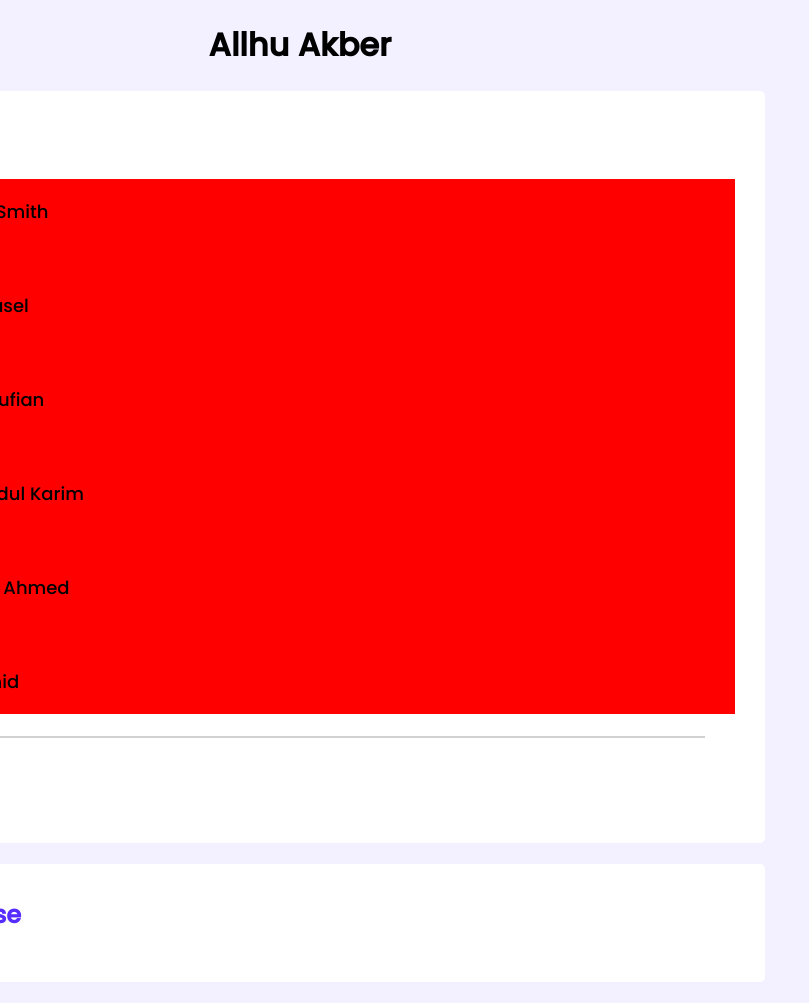
Repository: zjria/leader-board
Page: index.html
The author's editor kept a copy of each file at every save. The page is drawn from the files as they stood at one save, then again after the next save.
The browser window is 600 px wide. The page is 765 px wide, then 809 px, so the pictures cover 809 px, including what lies to the right of the window. The pictures show the whole page.
Pictures or frames that could not be fetched are drawn as grey boxes.

Above is the page before, as saved 2022-09-05 08:02:11.

### index.html
<!DOCTYPE html>
<html lang="en">

<head>
    <meta charset="UTF-8">
    <meta http-equiv="X-UA-Compatible" content="IE=edge">
    <meta name="viewport" content="width=device-width, initial-scale=1.0">
    <title>leader-board</title>
    <!-- Font awesome -->
    <link rel="stylesheet" href="https://cdnjs.cloudflare.com/ajax/libs/font-awesome/6.2.0/css/all.min.css"
        integrity="sha512-xh6O/CkQoPOWDdYTDqeRdPCVd1SpvCA9XXcUnZS2FmJNp1coAFzvtCN9BmamE+4aHK8yyUHUSCcJHgXloTyT2A=="
        crossorigin="anonymous" referrerpolicy="no-referrer" />
    <!-- Custom CSS -->
    <link rel="stylesheet" href="/style/style.css">
</head>

<body>
    <h1>Allhu Akber</h1>
    <!-- Header Section -->
    <header>

    </header>
    <!-- Main Section -->
    <main>
        <section class="container">
            <div class="top-players">
                <h2 class="section-title">Top Player</h2>
                <div class="players">
                    <div class="player">
                        <img src="images/players/player-1.png" alt="">
                        <h3 class="name-title">John Smith</h3>
                    </div>
                    <div class="player">
                        <img src="images/players/player-2.png" alt="">
                        <h3 class="name-title">Pro Rasel</h3>
                    </div>
                    <div class="player">
                        <img src="images/players/player-3.png" alt="">
                        <h3 class="name-title">Abu Sufian</h3>
                    </div>
                    <div class="player">
                        <img src="images/players/player-4.png" alt="">
                        <h3 class="name-title">Shajedul Karim</h3>
                    </div>
                    <div class="player">
                        <img src="images/players/player-5.png" alt="">
                        <h3 class="name-title">Maruf Ahmed</h3>
                    </div>
                    <div class="player">
                        <img src="images/players/player-6.png" alt="">
                        <h3 class="name-title">Mujahid</h3>
                    </div>
                </div>
            </div>
            <hr class="horigantal-line">

            <!-- Blog information -->
            <div class="blog-information">
                <h2 class="section-title">Top Blog</h2>
                <div class="blogs-details">
                    <article class="blogs">
                        <div class="blog-thimble">
                            <img src="images/blogs/blog-1.png" alt="">
                        </div>
                        <div class="blog-contain">
                            <h2>13 of My Favorite <br> UI/UX Goodies</h2>
                            <p class="blog-auther">By <a href="">Danny Sapio</a></p>
                        </div>
                    </article>
                    <article class="blogs">
                        <div class="blog-thimble">
                            <img src="images/blogs/blog-2.png" alt="">
                        </div>
                        <div class="blog-contain">
                            <h2>UI cheat sheet: <br>
                                list vs grids</h2>
                            <p class="blog-auther">By <a href="">Tess Gadd</a></p>
                        </div>
                    </article>
                    <article class="blogs">
                        <div class="blog-thimble">
                            <img src="images/blogs/blog-3.png" alt="">
                        </div>
                        <div class="blog-contain">
                            <h2>7 typography tips <br>
                                for interface design</h2>
                            <p class="blog-auther">By <a href=""> Jeremiah Lam</a></p>
                        </div>
                    </article>
                    <article class="blogs">
                        <div class="blog-thimble">
                            <img src="images/blogs/blog-4.png" alt="">
                        </div>
                        <div class="blog-contain">
                            <h2>Your logo is <br>
                                copied</h2>
                            <p class="blog-auther">By <a href=""> Ferdinand Vogler</a></p>
                        </div>
                    </article>
                </div>
            </div>
        </section>
        <!-- Lates Course -->
        <section class="container">
            <h2 class="section-title">Lates Course</h2>
            <div class="course-all-info">
                <div class="course-details">
                    <div class="course-thumble">
                        <img src="images/courses/course-1.png" alt="">
                    </div>
                    <div class="course-title">
                        <h3>React - The Complete Guide 2022</h3>
                        <p>Reed Krakoff.</p>
                    </div>
                    <div class="course-info">
                        <div class="star-icon">
                            <i class="fa-solid fa-star field"></i>
                            <i class="fa-solid fa-star field"></i>
                            <i class="fa-solid fa-star field"></i>
                            <i class="fa-solid fa-star field"></i>
                            <i class="fa-solid fa-star not-field"></i>
                            <span>4.5</span>
                        </div>
                        <div class="time-duration">
                            <i class="fa-regular fa-clock"></i> 01.30hr
                        </div>
                    </div>
                </div>
                <div class="course-details">
                    <div class="course-thumble">
                        <img src="images/courses/course-2.png" alt="">
                    </div>
                    <div class="course-title">
                        <h3>Powerpoint 2020 Master Powerpoint Cour.</h3>
                        <p>Walter Scott</p>
                    </div>
                    <div class="course-info">
                        <div class="star-icon">
                            <i class="fa-solid fa-star field"></i>
                            <i class="fa-solid fa-star field"></i>
                            <i class="fa-solid fa-star field"></i>
                            <i class="fa-solid fa-star field"></i>
                            <i class="fa-solid fa-star not-field"></i>
                            <span>4.3</span>
                        </div>
                        <div class="time-duration">
                            <i class="fa-regular fa-clock"></i> 01.40hr
                        </div>
                    </div>
                </div>
                <div class="course-details">
                    <div class="course-thumble">
                        <img src="images/courses/course-3.png" alt="">
                    </div>
                    <div class="course-title">
                        <h3>The Complete JavaScript Course 2020</h3>
                        <p>Reed Krakoff.</p>
                    </div>
                    <div class="course-info">
                        <div class="star-icon">
                            <i class="fa-solid fa-star field"></i>
                            <i class="fa-solid fa-star field"></i>
                            <i class="fa-solid fa-star field"></i>
                            <i class="fa-solid fa-star field"></i>
                            <i class="fa-solid fa-star not-field"></i>
                            <span>4.5</span>
                        </div>
                        <div class="time-duration">
                            <i class="fa-regular fa-clock"></i> 02.20hr
                        </div>
                    </div>
                </div>
            </div>
        </section>
    </main>
</body>

</html>

### style/style.css
/* Google Fonts */
@import url('https://fonts.googleapis.com/css2?family=Poppins:wght@500&family=Roboto:wght@100;300;400;500;700;900&display=swap');

h1 {
    display: flex;
    justify-content: center;
}

/* Commant CSS Utilitis */
body {
    border: 0px;
    margin: 0px;
    font-family: 'Poppins', sans-serif;
    /* font-family: 'Roboto', sans-serif; */
    background-color: #F3F1FF;
}

/* Top Players Section */
main {
    display: flex;
    align-items: center;
    flex-direction: column;
}

.section-title {
    color: #562EFF;
    font-size: 24px;
}

.container {
    background-color: #FFFFFF;
    width: 870px;
    padding: 30px;
    margin-bottom: 21px;
    border-radius: 5px;
}

.top-players {
    /* padding: 30px; */
    margin-bottom: 22px;
}

h2.section-title {
    margin-top: 3px;
}

.players {
    display: grid;
    grid-template-columns: repeat(3, 1fr);
    grid-row-gap: 29px;
}

.player {
    display: flex;
    align-items: center;
}

.player img {
    width: 65px;
    height: 65px;
}

.name-title {
    margin-left: 16px;
    font-size: 18px;
    font-weight: normal;
}

.horigantal-line {
    border: 1px solid #D1D1D1;
    width: 807px;
    margin-bottom: 20px;
}

/* ------------------ blogs details information-------------- */
.blogs-details {
    display: grid;
    grid-template-columns: repeat(2, 1fr);
    grid-row-gap: 26px;
}

.blogs {
    display: flex;
}

.blogs .blog-thimble img {
    width: 177px;
    height: 117px;
    margin-right: 16px;
}

.blog-contain h2 {
    font-size: 20px;
    margin: 0;
}

.blog-contain .blog-auther {
    color: #9F9F9F;
    font-size: 16px;
}

.blog-contain .blog-auther a {
    color: #562EFF;
    font-size: 16px;
    text-decoration: none;
}

.blog-contain p {
    margin-top: 6px;
}

/* -------------------- course-info --------------- */
.course-all-info {
    display: grid;
    grid-template-columns: repeat(3, 1fr);
    grid-column-gap: 24px;
}

.course-details {
    width: 252px;
    box-shadow: 0px 5.34229px 13.3557px rgba(0, 0, 0, 0.05);
    border-radius: 5px;
    padding: 10px;
}

.course-thumble {
    justify-content: center;
    margin: 0 auto;
    align-items: center;
    text-align: center;
}

.course-thumble img {
    width: 224px;
    height: 104px;

}

.course-title h3 {
    font-size: 20px;
    color: #1E1E1E;
}

.course-title p {
    font-size: 16px;
    color: #ED6B4F;
}

.course-info {
    display: flex;
    align-items: center;
    justify-content: space-between;
}

.course-info .star-icon {
    font-size: 12px;

}

.course-info .rating {
    font-size: 14px;
    color: #A2A2A2;
    margin-left: 10px;

}

.course-info .star-icon .fa-star.field {
    color: #FFC014;
}

.course-info .star-icon .fa-star.not-field {
    color: #AEAEAE;
    opacity: 0.25;
}

/* ---------------
Media Queary
-------------- */
/* Mobile Devaice */
@media screen and (max-width: 688px) {
    .players {
        background-color: red;
        grid-template-columns: repeat(1, 1fr);
    }

    .blogs-details {
        display: none;
    }

    .course-all-info {
        display: none;
    }
}

After the next save:
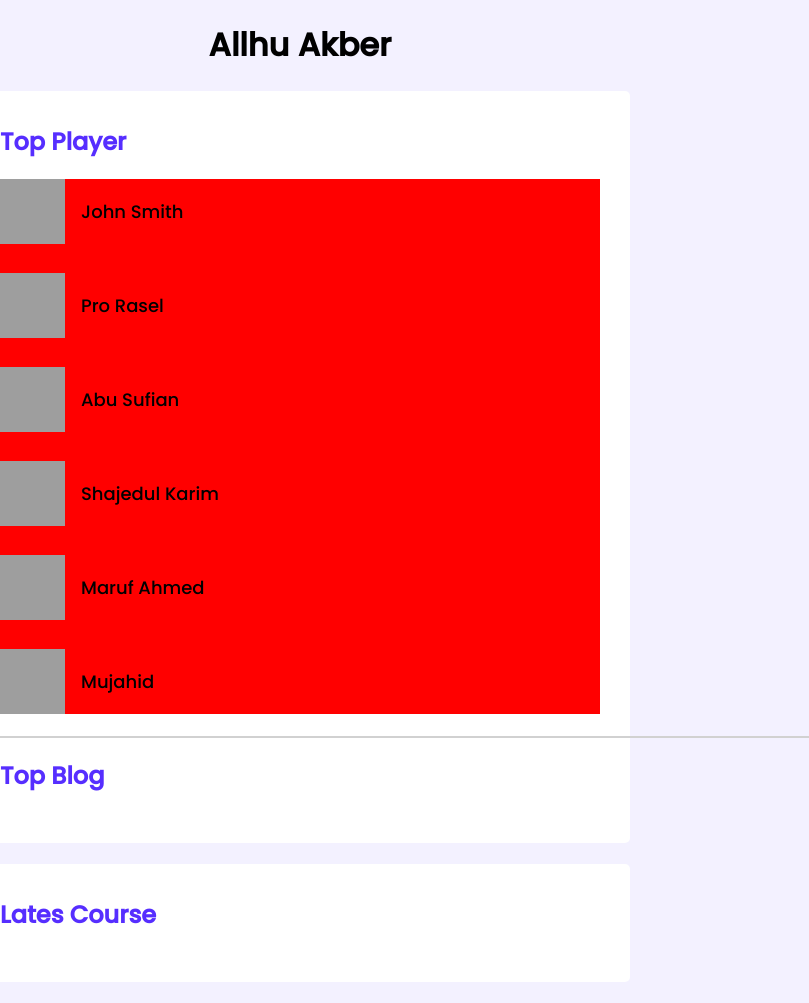
Saved 18 min 0 s later.
--- a/style/style.css
+++ b/style/style.css
@@ -190,4 +190,8 @@ Media Queary
     .course-all-info {
         display: none;
     }
+
+    .container {
+        width: 100%;
+    }
 }
